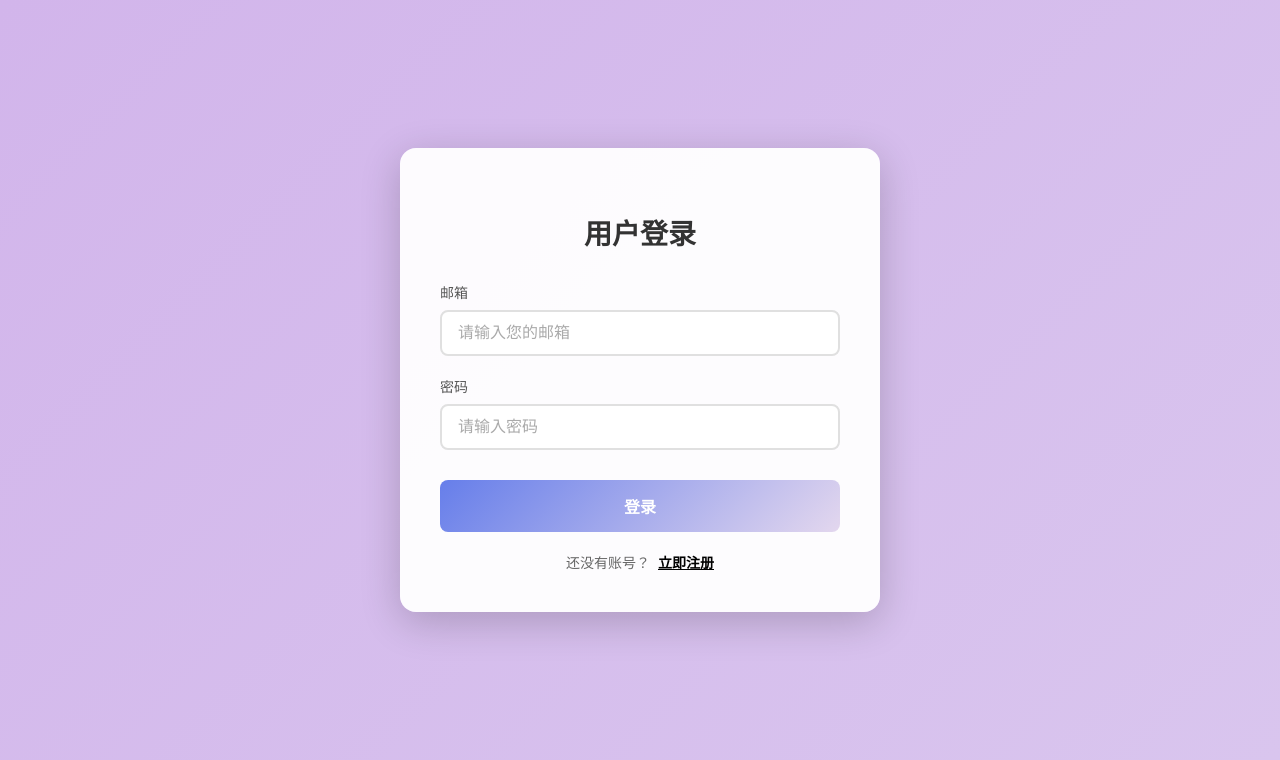
Repository: YWXstrong/improved-enigma
Page: / (app in frontend/)
The author's editor kept a copy of each file at every save. The page is drawn from the files as they stood at one save, then again after a run of saves.
The browser window is 1280 px wide. The pictures show the whole page.
The page's requests for data from a server got no answer. The project was rebuilt for these pictures with package versions that can differ from the ones it lists, and the page was loaded fresh each time. No one was signed in, and anything a server would have sent is missing. Also part of the build but not shown: frontend/src/App.css.

Above is the page before, as saved 2025-12-06 15:09:41.

After the next 3 saves:
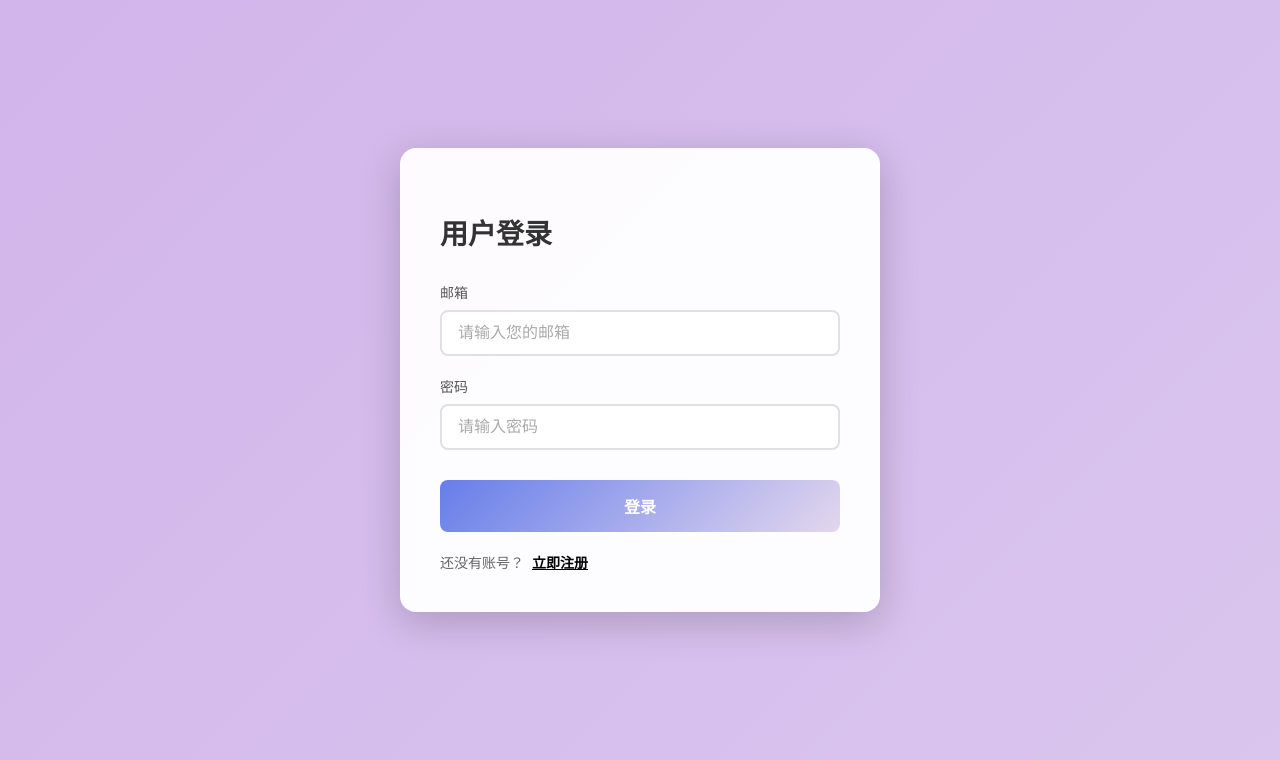
The 3 saves are shown as one change because they came seconds apart.
The last was saved 8 s later.
--- a/frontend/src/Auth.css
+++ b/frontend/src/Auth.css
@@ -20,7 +20,7 @@
 
 /* 标题样式 */
 .auth-box h2 {
-  text-align: center;
+  text-align: left;
   color: #333;
   margin-bottom: 30px;
   font-size: 28px;
@@ -74,7 +74,7 @@
   padding: 12px;
   border-radius: 8px;
   font-size: 14px;
-  text-align: center;
+  text-align: left;
   border: 1px solid #fcc;
 }
 
@@ -104,7 +104,7 @@
 
 /* 切换模式区域 */
 .toggle-mode {
-  text-align: center;
+  text-align: left;
   margin-top: 20px;
   color: #666;
   font-size: 14px;
